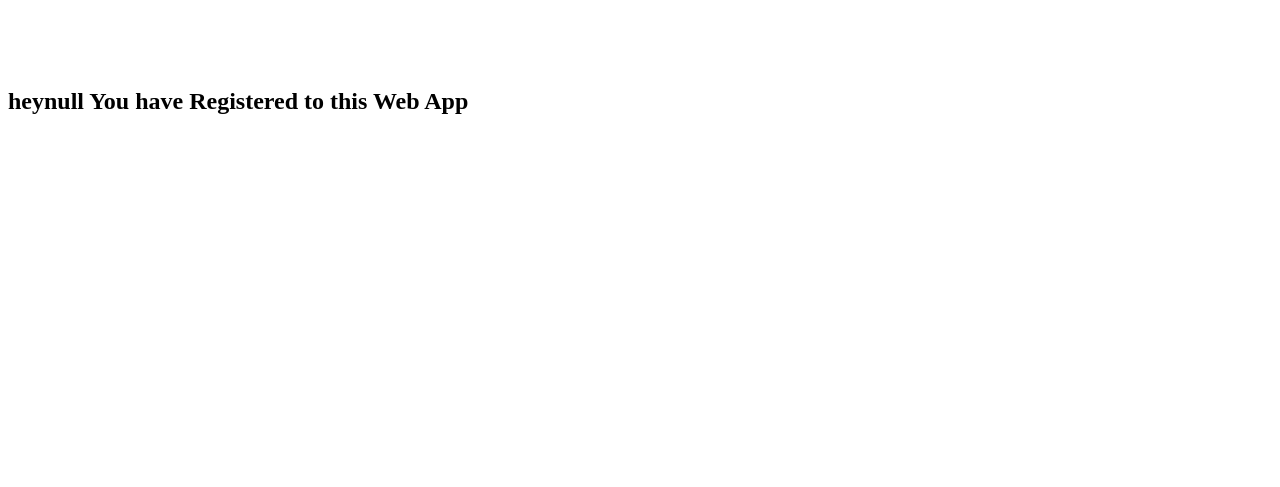
Repository: anuragtiwari3100/Java-Web-Solutions-Kit
Page: http://localhost/RegistrationAppUsingMVC/success.jsp
These files come from the project's save history. The page is drawn as it stood at one moment and after the next save; the edit follows.
The browser window is 1280 px wide. The pictures show the whole page.
The page is served by Tomcat 10. Other server files are loaded and not shown.

Above is the page before, as saved 2024-11-28 04:26:20.

### JspAndServlet/RegistrationAppUsingMVC/src/main/webapp/success.jsp
<%@ page language="java" contentType="text/html; charset=UTF-8"
    pageEncoding="UTF-8"%>
<!DOCTYPE html>
<html>
<head>
<meta charset="UTF-8">
<title>Success</title>
</head>
<body>
  <h1><marquee>Registaration successful</marquee></h1>
  <% String name =(String)session.getAttribute("name"); %>
 <h2>hey<%= name %> You have Registered to this Web App</h2>
</body>
</html>

After the next save:
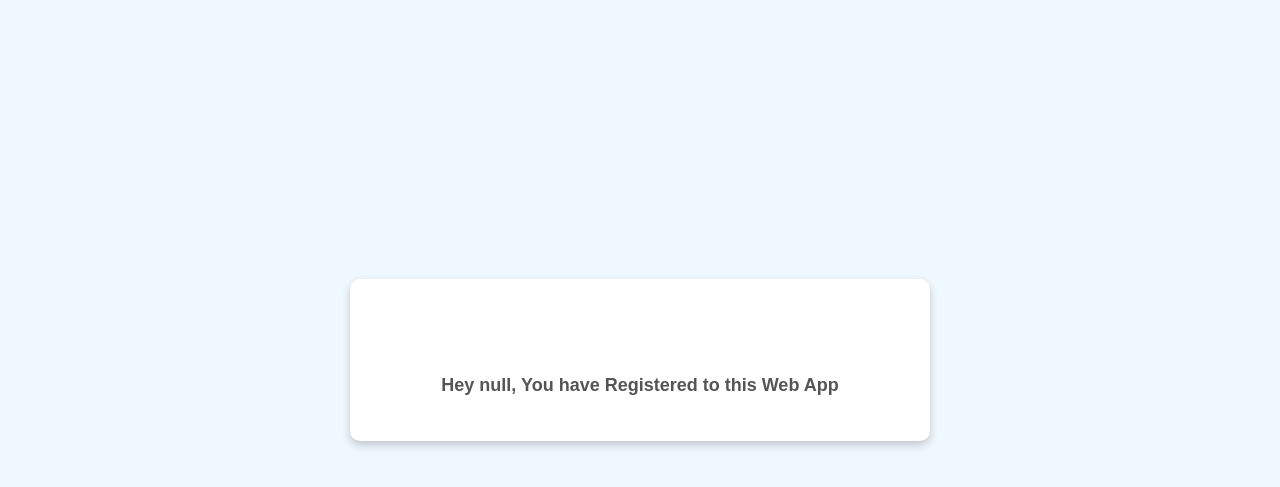
Saved 3 min 30 s later.
--- a/JspAndServlet/RegistrationAppUsingMVC/src/main/webapp/success.jsp
+++ b/JspAndServlet/RegistrationAppUsingMVC/src/main/webapp/success.jsp
@@ -5,10 +5,60 @@
 <head>
 <meta charset="UTF-8">
 <title>Success</title>
+<style>
+    body {
+        font-family: Arial, sans-serif;
+        margin: 0;
+        padding: 0;
+        background: #f0f8ff;
+        display: flex;
+        justify-content: center;
+        align-items: center;
+        height: 100vh;
+        color: #333;
+    }
+
+    .container {
+        background-color: #ffffff;
+        border-radius: 10px;
+        box-shadow: 0 4px 8px rgba(0, 0, 0, 0.2);
+        padding: 30px 40px;
+        text-align: center;
+        max-width: 500px;
+        width: 90%;
+    }
+
+    h1 {
+        color: #4CAF50;
+        margin-bottom: 20px;
+        font-size: 24px;
+    }
+
+    marquee {
+        font-size: 20px;
+        color: #007BFF;
+        font-weight: bold;
+    }
+
+    h2 {
+        margin-top: 20px;
+        font-size: 18px;
+        color: #555;
+    }
+
+    p {
+        font-size: 14px;
+        color: #666;
+    }
+</style>
 </head>
 <body>
-  <h1><marquee>Registaration successful</marquee></h1>
-  <% String name =(String)session.getAttribute("name"); %>
- <h2>hey<%= name %> You have Registered to this Web App</h2>
+    <div class="container">
+        <h1><marquee>Registration Successful</marquee></h1>
+        <%
+            String name = (String) session.getAttribute("name");
+        %>
+        <h2>Hey <%= name %>, You have Registered to this Web App</h2>
+    </div>
 </body>
 </html>
